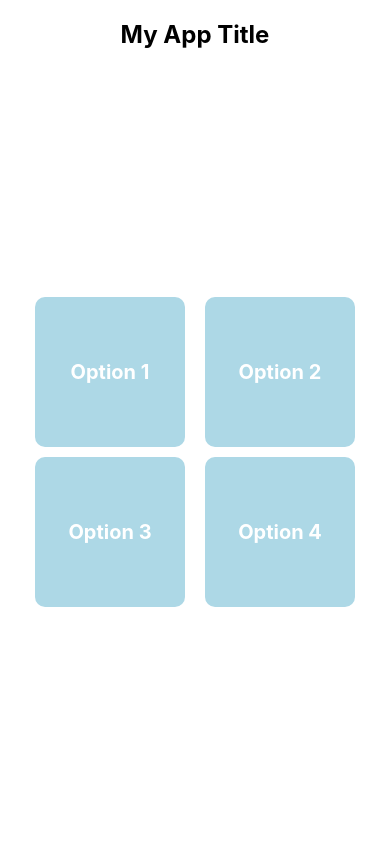
Repository: hajin-park/V-QUIP
Page: / (app in frontend/react-native-app/)
An editor plug-in stored every save of this project. The page is shown before and after the next save, followed by the edit.
The browser window is 390 px wide. The pictures show the whole page.
The app was drawn by React Native's web renderer in a window 390 px wide. The project was rebuilt for these pictures with package versions that can differ from the ones it lists, and the page was loaded fresh each time.

Above is the page before, as saved 2024-03-28 20:38:11.

After the next save:
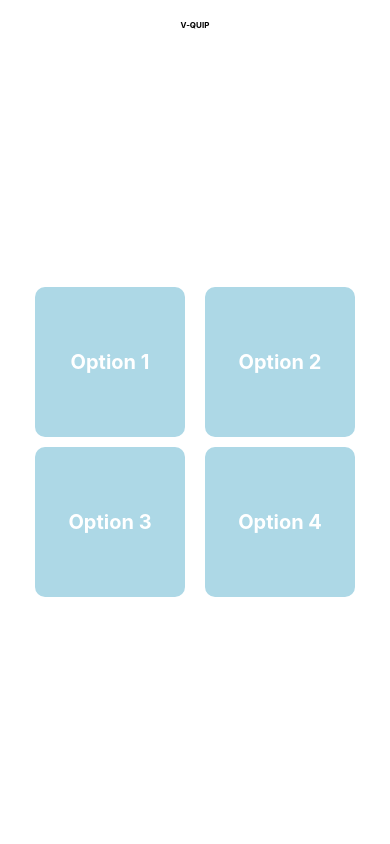
Saved 42 s later.
--- a/frontend/react-native-app/App.js
+++ b/frontend/react-native-app/App.js
@@ -9,7 +9,7 @@ export default function App() {
 
   return (
     <View style={styles.container}>
-      <Text style={styles.title}>My App Title</Text>
+      <Text style={styles.title}>V-QUIP</Text>
       <View style={styles.content}>
         <View style={styles.row}>
           <TouchableOpacity style={styles.box} onPress={() => handleOptionClick(1)}>
@@ -39,7 +39,7 @@ const styles = StyleSheet.create({
     backgroundColor: '#fff',
   },
   title: {
-    fontSize: 24,
+    fontSize: 8,
     fontWeight: 'bold',
     marginTop: 20,
     marginBottom: 20,
